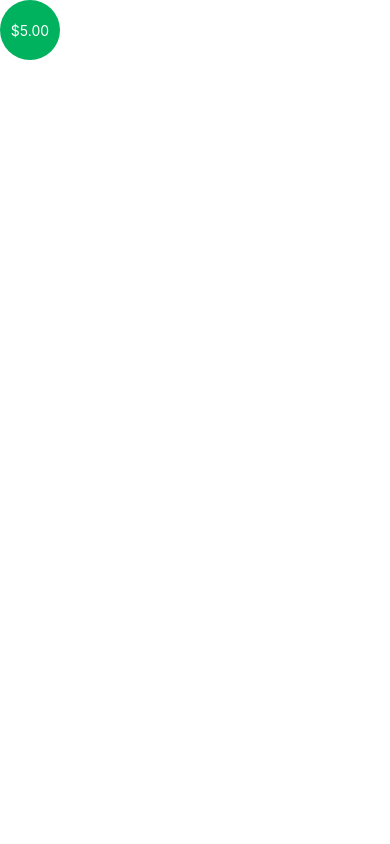
Repository: CodeBunny786/React-Native-Reveal-Animation
Screen: /
The author's editor kept a copy of each file at every save. The screen is drawn from the files as they stood at one save, then again after the next save.
The app was drawn by React Native's web renderer in a window 390 px wide. The project was rebuilt for these pictures with package versions that can differ from the ones it lists, and the page was loaded fresh each time.

Above is the screen before, as saved 2019-10-28 11:49:50.

### App.js
import React, { Component } from "react";
import { StyleSheet, View, Animated, Text, TouchableWithoutFeedback } from "react-native";

// import { MaterialCommunityIcons as Icon } from "@expo/vector-icons";

export default class animations extends Component {
  state = {
    animation: new Animated.Value(0),
  };
  toggleOpen = () => {
    if (this._open) {
      Animated.timing(this.state.animation, {
        toValue: 0,
        duration: 300,
      }).start();
    } else {
      Animated.timing(this.state.animation, {
        toValue: 1,
        duration: 300,
      }).start();
    }
    this._open = !this._open;
  };
  render() {
    const scaleInterpolate = this.state.animation.interpolate({
      inputRange: [0, 1],
      outputRange: [0, 30],
    });

    const bgStyle = {
      transform: [
        {
          scale: scaleInterpolate,
        },
      ],
    };
    return (
      <View style={styles.container}>
        <Animated.View style={[styles.background, bgStyle]} >
          <Text title='ssss'></Text>
        </Animated.View>

        <TouchableWithoutFeedback onPress={this.toggleOpen}>
          <View style={[styles.button, styles.pay]}>
            {/* <Animated.Text style={[styles.label, labelStyle]}>Pay</Animated.Text> */}
            <Text style={styles.payText}>$5.00</Text>
          </View>
        </TouchableWithoutFeedback>
      </View>
    );
  }
}

const styles = StyleSheet.create({
  container: {
    flex: 1,
  },
  background: {
    backgroundColor: "green",
    position: "absolute",
    width: 60,
    height: 60,
    bottom: 20,
    right: 20,
    borderRadius: 30,
  },
  button: {
     width: 60,
     height: 60,
    alignItems: "center",
    justifyContent: "center",
    shadowColor: "#333",
    shadowOpacity: 0.1,
    shadowOffset: { x: 2, y: 0 },
    shadowRadius: 2,
    borderRadius: 30,
    // position: "absolute",
    // bottom: 20,
    // right: 20,
  },
  other: {
    backgroundColor: "#FFF",
  },
  payText: {
    color: "#FFF",
  },
  pay: {
    backgroundColor: "#00B15E",
  },
  label: {
    color: "#FFF",
    position: "absolute",
    fontSize: 18,
    backgroundColor: "transparent",
  },
});

After the next save:
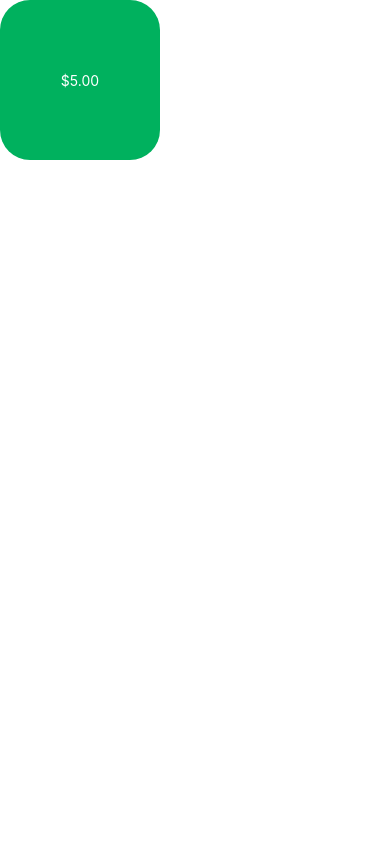
Saved 8 s later.
--- a/App.js
+++ b/App.js
@@ -65,8 +65,8 @@ const styles = StyleSheet.create({
     borderRadius: 30,
   },
   button: {
-     width: 60,
-     height: 60,
+     width: 160,
+     height: 160,
     alignItems: "center",
     justifyContent: "center",
     shadowColor: "#333",
